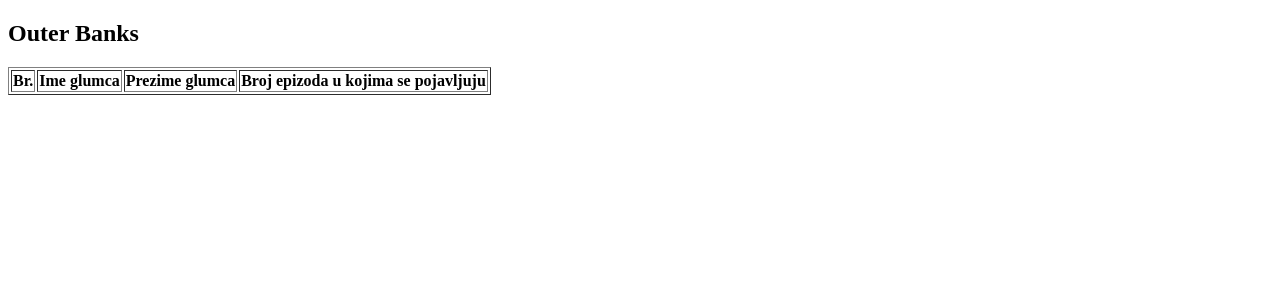
Repository: larabiondic/wp_biondic_lara
Page: Domace zadace/Zadaća.2.html
These files come from the project's save history. The page is drawn as it stood at one moment and after the next save; the edit follows.
The browser window is 1280 px wide. The pictures show the whole page.

Above is the page before, as saved 2025-11-03 19:57:28.

After the next save:
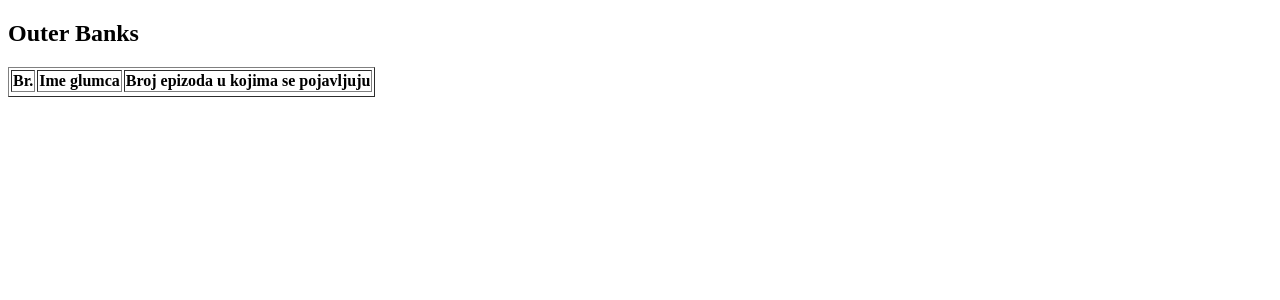
Saved 105 s later.
--- a/Domace zadace/Zadaća.2.html
+++ b/Domace zadace/Zadaća.2.html
@@ -12,9 +12,11 @@
     <table border="1">
         <tr>
             <th>Br.</th>
-            <th>Ime glumca</th>
-            <th>Prezime glumca</th>
+            <th colspan="2">Ime glumca</th>
             <th>Broj epizoda u kojima se pojavljuju</th>
+        </tr>
+        <tr>
+
         </tr>
 
     </table>
